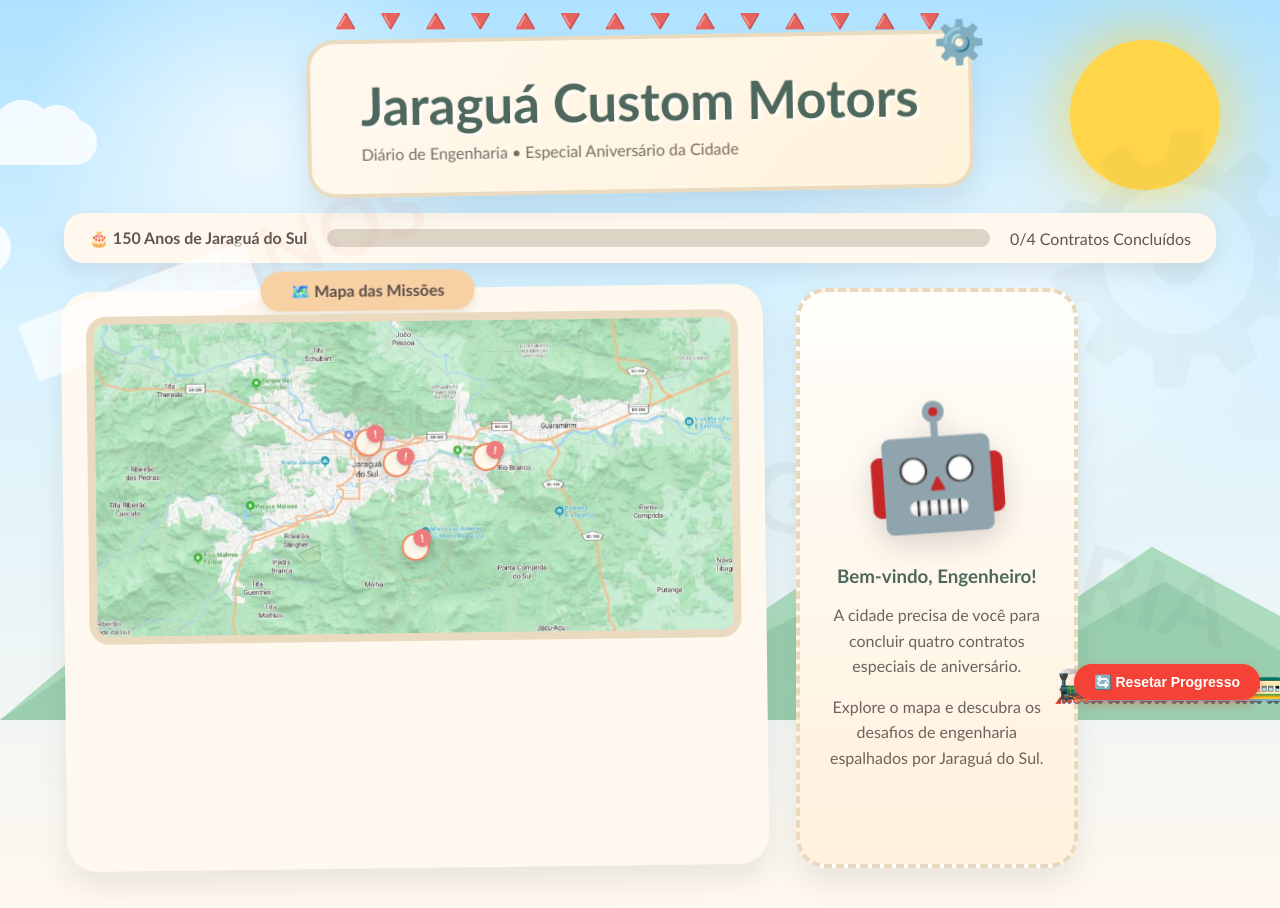
Repository: ArtMainardi/projetoFisica
Page: index.html
The author's editor kept a copy of each file at every save. The page is drawn from the files as they stood at one save, then again after the next save.
The browser window is 1280 px wide. The pictures show the whole page.

Above is the page before, as saved 2026-07-09 23:23:00.

### index.html
<!DOCTYPE html>
<html lang="pt-BR">
    <head>
        <script src="var/GitHubConfig.js"></script>
        <meta charset="UTF-8">
        <meta name="viewport" content="width=device-width, initial-scale=1.0">
        <title>Jaraguá Custom Motors - Painel Inicial</title>

        <link rel="stylesheet" href="css/main.css">
        <link rel="stylesheet" href="css/background.css">
        <link rel="stylesheet" href="css/header.css">
        <link rel="stylesheet" href="css/map.css">
        <link rel="stylesheet" href="css/pins.css">
        <link rel="stylesheet" href="css/sidebar.css">
        <link rel="stylesheet" href="css/responsive.css">
    </head>
    <body>

        <div class="sun"></div>

        <div class="cloud cloud-1"></div>
        <div class="cloud cloud-2"></div>
        <div class="cloud cloud-3"></div>

        <div class="stamp-jaragua">150 ANOS</div>

        <div class="stamp-engineering">ENGENHARIA</div>

        <div class="background-mountains">
            <svg viewBox="0 0 1000 300" preserveAspectRatio="none">
                <path fill="#92d0a7" d="M0 300L120 150L250 240L390 90L520 250L650 120L780 220L900 100L1000 180V300Z"/>
                <path fill="#76be90" d="M0 300L100 200L230 270L350 120L500 270L650 160L780 250L910 140L1000 220V300Z"/>
            </svg>
        </div>

        <div class="flags">🔺🔻🔺🔻🔺🔻🔺🔻🔺🔻🔺🔻🔺🔻</div>

        <div class="train">🚂-🚃-🚃-🚃-🚃-🚃-🚃-🚃-🚃-🚃-🚃-🚃</div>

        <header class="main-header">
            <div class="header-card">
                <h1>Jaraguá Custom Motors</h1>
                <p>Diário de Engenharia • Especial Aniversário da Cidade</p>
            </div>
        </header>

        <div class="city-banner">
            <div class="banner-left">🎂 150 Anos de Jaraguá do Sul</div>
            <div class="banner-progress">
                <div class="progress-fill"></div>
            </div>
            <div class="banner-right">0/4 Contratos Concluídos</div>
        </div>

        <main class="map-dashboard">
            <section class="map-frame">
                <div class="map-label">🗺️ Mapa das Missões</div>
                <section class="map-container">
                    <img src="mapaJaragua.jpg" alt="Mapa de Jaraguá do Sul" class="map-image">
                    <button class="map-pin pin-chiesetta" data-missao-id="1" onclick="selecionarMissao(1)">⛪</button>
                    <button class="map-pin pin-viaverde" data-missao-id="2" onclick="selecionarMissao(2)">🌳</button>
                    <button class="map-pin pin-scar" data-missao-id="3" onclick="selecionarMissao(3)">🎭</button>
                    <button class="map-pin pin-rodoviaria" data-missao-id="4" onclick="selecionarMissao(4)">🚌</button>
                </section>
            </section>

            <aside class="info-sidebar" id="sidebar-missao">
                <div id="conteudo-vazio">
                    <div class="robot-helper">🤖</div>
                    <h3>Bem-vindo, Engenheiro!</h3>
                    <p>
                        A cidade precisa de você para concluir
                        quatro contratos especiais de aniversário.
                    </p>
                    <p style="margin-top:15px;">
                        Explore o mapa e descubra os desafios
                        de engenharia espalhados por Jaraguá do Sul.
                    </p>
                </div>

                <div id="conteudo-missao" style="display:none;">
                    <h3 id="sidebar-titulo">Nome da Missão</h3>
                    <img id="sidebar-imagem" src="" alt="Local da missão">
                    <p id="sidebar-desafio" class="tag-physics">Desafio:</p>
                    <p id="sidebar-descricao">Descrição do problema...</p>
                    <a href="#" id="sidebar-botao" class="btn-contract">Iniciar Simulação</a>
                </div>
            </aside>

            <div class="reset-container">
                <button id="reset-progress-btn" class="btn-reset">🔄 Resetar Progresso</button>
            </div>
        </main>

        <script src="missao/progresso.js"></script>
        <script src="index-script.js"></script>
    </body>
</html>

### css/main.css
*{
    margin:0;
    padding:0;
    box-sizing:border-box;
}

body{
    min-height:100vh;
    font-family:'Trebuchet MS',sans-serif;
    background:
        linear-gradient(
        to bottom,
        #aee2ff 0%,
        #d8f2ff 35%,
        #fff8ee 100%
        );
    overflow-x:hidden;
    position:relative;
}


.reset-container {
    position: fixed;
    bottom: 20px;
    right: 20px;
    z-index: 999;
}

.btn-reset {
    background: #f44336;
    color: white;
    border: none;
    padding: 10px 20px;
    border-radius: 30px;
    font-weight: bold;
    font-size: 14px;
    cursor: pointer;
    box-shadow: 0 4px 10px rgba(244, 67, 54, 0.4);
    transition: all 0.3s ease;
}

.btn-reset:hover {
    transform: scale(1.05);
    background: #d32f2f;
    box-shadow: 0 6px 15px rgba(244, 67, 54, 0.6);
}

.btn-reset:active {
    transform: scale(0.95);
}

### css/header.css
.main-header{
    display:flex;
    justify-content:center;
    padding:35px 20px 20px;
}

.header-card{
    background:
        linear-gradient(
        135deg,
        #fff8ee,
        #fff3db
        );
    padding:30px 50px;
    border-radius:28px;
    transform:rotate(-1deg);
    box-shadow:0 15px 30px rgba(0,0,0,.08);
    border:4px solid #eadbc0;
    position:relative;
}

.header-card::before{
    content:"⚙️";
    position:absolute;
    right:-18px;
    top:-18px;
    font-size:42px;
}

.header-card h1{
    color:#4f685d;
    font-size:3.3rem;
    text-shadow:
    3px 3px 0 rgba(255,255,255,.7);
}

.header-card p{
    color:#776c62;
    margin-top:8px;
}

.city-banner{
    width:90%;
    max-width:1400px;
    margin:0 auto 25px;
    background:#fff8ee;
    border-radius:20px;
    padding:15px 25px;
    display:flex;
    align-items:center;
    gap:20px;
    box-shadow:0 10px 25px rgba(0,0,0,.08);
}

.banner-left{
    font-weight:bold;
    color:#5f564f;
}

.banner-progress{
    flex:1;
    height:18px;
    background:#ddd4c6;
    border-radius:999px;
    overflow:hidden;
}

.progress-fill{
    width:25%;
    height:100%;
    background:
    linear-gradient(
        90deg,
        #9dd8b6,
        #ffd54a,
        #ff9b85
    );
}

.banner-right{
    color:#5f564f;
}

### css/map.css
.map-dashboard{
    width:90%;
    max-width:1500px;
    margin:auto;
    display:grid;
    grid-template-columns:2fr 420px;
    gap:30px;
    padding-bottom:40px;
}

.map-frame{
    background:#fff8ee;
    padding:25px;
    border-radius:30px;
    box-shadow:0 15px 30px rgba(0,0,0,.08);
    position:relative;
    transform:rotate(-0.7deg);
    min-height: 580px;
}

.map-frame:hover{
    transform:
    rotate(-0.7deg)
    scale(1.01);
}

.map-frame::before{
    content:"";
    width:240px;
    height:60px;
    background:rgba(255,255,255,.65);
    position:absolute;
    top:-10px;
    left:-40px;
    transform:rotate(-20deg);
}

.map-label{
    position:absolute;
    top:-18px;
    left:200px;
    background:#f7d0a4;
    color:#5b5047;
    padding:10px 30px;
    border-radius:999px;
    font-weight:bold;
    box-shadow:0 5px 10px rgba(0,0,0,.08);
}

.map-container{
    position:relative;
}

.map-image{
    width:100%;
    display:block;
    border-radius:20px;
    border:8px solid #eadbc0;
    transition:.4s;
}

.map-image:hover{
    filter:
    saturate(1.15)
    brightness(1.05);
}

### css/pins.css
/* ===== PINs DO MAPA ===== */
.map-pin {
    position: absolute;
    width: 28px;
    height: 28px;
    border: none;
    border-radius: 50%;
    background: #fff7ea;
    border: 2px solid #f08a5d;
    cursor: pointer;
    display: flex;
    align-items: center;
    justify-content: center;
    color: transparent;          /* esconde o texto do botão */
    font-size: 0;                /* esconde o texto do botão */
    z-index: 10;
    overflow: visible;
    transition: all .3s ease;
    box-shadow: 0 4px 10px rgba(0,0,0,.12);
}

/* Pulse animation */
.map-pin::before {
    content: "";
    position: absolute;
    inset: -8px;
    border-radius: 50%;
    border: 2px solid rgba(240,138,93,.45);
    animation: pulse 2s infinite;
}

/* Badge de "!" por padrão */
.map-pin::after {
    content: "!";
    position: absolute;
    width: 18px;
    height: 18px;
    top: -5px;
    right: -5px;
    background: #ee7c7c;
    color: white;
    border-radius: 50%;
    font-size: 11px;
    font-weight: bold;
    display: flex;
    align-items: center;
    justify-content: center;
    box-shadow: 0 2px 5px rgba(0,0,0,.15);
}

/* Hover */
.map-pin:hover {
    width: 58px;
    height: 58px;
    margin-left: -15px;
    margin-top: -15px;
    background: #f08a5d;
    color: white;
    font-size: 28px;
    transform: scale(1.1) rotate(0deg);
    box-shadow: 0 10px 20px rgba(0,0,0,.18);
}

.map-pin:hover::before {
    animation: none;
}

/* ===== ESTADO CONCLUÍDO ===== */
.map-pin.concluida {
    background: #4caf50 !important;
    border-color: #2e7d32 !important;
    box-shadow: 0 0 15px rgba(76, 175, 80, 0.6);
}

/* Substitui o "!" por "✅" e muda a cor do badge */
.map-pin.concluida::after {
    content: "✅";
    background: #2e7d32;          /* verde escuro */
    font-size: 14px;              /* um pouco maior */
    line-height: 1;
    box-shadow: 0 2px 8px rgba(46, 125, 50, 0.4);
}

/* Remove o pulse quando concluído */
.map-pin.concluida::before {
    animation: none;
    border-color: rgba(76, 175, 80, 0.3);
}

/* ===== POSIÇÕES DOS PINS ===== */
.pin-chiesetta {
    top: 67%;
    left: 48%;
    transform: rotate(-8deg);
}

.pin-viaverde {
    top: 40%;
    left: 59%;
    transform: rotate(6deg);
}

.pin-scar {
    top: 35%;
    left: 41%;
    transform: rotate(-5deg);
}

.pin-rodoviaria {
    top: 41.5%;
    left: 45.3%;
    transform: rotate(9deg);
}

/* ===== KEYFRAMES ===== */
@keyframes pulse {
    0% {
        transform: scale(1);
        opacity: 1;
    }
    100% {
        transform: scale(2);
        opacity: 0;
    }
}

### css/sidebar.css
.info-sidebar{
    width: 22vw;
    background:
        linear-gradient(
        180deg,
        #fffefb,
        #fff1dd
        );
    border-radius:30px;
    padding:25px;
    box-shadow:0 15px 30px rgba(0,0,0,.08);
    border:4px dashed #e8d8bd;
    position:relative;
}

.info-sidebar.missao-ativa::before{
    content:"MISSÃO";
    position:absolute;
    top:-10px;
    right:-20px;
    color:#d46b6b;
    border:3px solid #d46b6b;
    padding:5px 15px;
    transform:rotate(12deg);
    font-size:clamp(20px,1.4vw,500px);
    font-weight:bold;
}

#conteudo-vazio{
    text-align:center;
    padding-top:80px;
}

.robot-helper{
    font-size:120px;
    margin-bottom:20px;
    filter:
    drop-shadow(
        0 10px 15px rgba(0,0,0,.15)
    );
    animation:
    floatRobot 3s infinite ease-in-out,
    robotRotate 5s infinite ease-in-out;
}

#conteudo-vazio h3{
    color:#4f685d;
    margin-bottom:15px;
}

#conteudo-vazio p{
    color:#6d635c;
    line-height:1.6;
}

#sidebar-titulo{
    color:#4f685d;
    margin-bottom:15px;
}

#sidebar-imagem{
    width:85%;
    border-radius:20px;
    border:6px solid #eadbc0;
    margin-bottom:15px;
}

.tag-physics{
    display:inline-block;
    padding:10px 16px;
    background:#d7f0df;
    color:#3e6b4d;
    border-radius:999px;
    font-weight:bold;
    margin-bottom:15px;
}

#sidebar-descricao{
    line-height:1.7;
    color:#5f564f;
}

.btn-contract{
    display:block;
    margin-top:25px;
    text-align:center;
    text-decoration:none;
    padding:16px;
    border-radius:18px;
    background:#f7d0a4;
    color:#5b5047;
    font-weight:bold;
    transition:.3s;
}

.btn-contract:hover{
    transform:scale(1.04);
    background:#f1c089;
}

@keyframes floatRobot{
    0%{transform:translateY(0);}
    50%{transform:translateY(-10px);}
    100%{transform:translateY(0);}
}

@keyframes robotRotate{
    0%{
        rotate:-4deg;
    }

    50%{
        rotate:4deg;
    }

    100%{
        rotate:-4deg;
    }
}


#sidebar-status {
    margin: 10px 0;
}
.badge-concluida {
    background: #4caf50;
    color: white;
    padding: 6px 14px;
    border-radius: 20px;
    font-weight: bold;
    font-size: 14px;
    display: inline-block;
}
.badge-pendente {
    background: #ff9800;
    color: white;
    padding: 6px 14px;
    border-radius: 20px;
    font-weight: bold;
    font-size: 14px;
    display: inline-block;
}

### css/responsive.css
@media(max-width:1100px){
    .map-dashboard{
        grid-template-columns:1fr;
    }
}

@media(max-width:768px){
    .header-card h1{
        font-size:2rem;
    }

    .city-banner{
        flex-direction:column;
    }

    .map-pin{
        width:50px;
        height:50px;
        font-size:24px;
    }
}

### index-script.js
const dadosMissoes = {
    1: {
        nome: "Contrato #01: Chiesetta Alpina",
        desafio: "Desafio: Energia Potencial e Torque",
        descricao: "Projete um motor capaz de bombear água potável até o topo do Morro da Antena, vencendo a gravidade e a altitude elevada.",
        imagem: "imagens/chiesetta.jpg",
        link: "/projetoFisica/missao/missao.html?id=1"
    },
    2: {
        nome: "Contrato #02: Parque Via Verde",
        desafio: "Desafio: Lei de Joule e Corrente",
        descricao: "Dimensionar o motor para os compressores das fontes de água. O sistema deve rodar por longos períodos sem superaquecer.",
        imagem: "imagens/via-verde.jpg",
        link: "/projetoFisica/missao/missao.html?id=2"
    },
    3: {
        nome: "Contrato #03: Centro Cultural SCAR",
        desafio: "Desafio: Rotação e Ressonância",
        descricao: "Ajuste o motor do sistema de exaustão e climatização do grande teatro para o concerto comemorativo da cidade, evitando ruídos por vibração.",
        imagem: "imagens/scar.jpg",
        link: "/projetoFisica/missao/missao.html?id=3"
    },
    4: {
        nome: "Contrato #04: Terminal Rodoviário",
        desafio: "Desafio: Inércia e Torque de Partida",
        descricao: "Projete o motor para as novas cancelas e portões de fluxo contínuo de ônibus. O motor precisa vencer a inércia rapidamente.",
        imagem: "imagens/rodoviaria.jpg",
        link: "/projetoFisica/missao/missao.html?id=4"
    }
};

function selecionarMissao(id) {
    const missao = dadosMissoes[id];

    // Esconde a mensagem de "vazio" e mostra o bloco de conteúdo
    document.getElementById("conteudo-vazio").style.display = "none";
    document.getElementById("conteudo-missao").style.display = "block";

    // Injeta as informações da missão clicada na barra lateral
    document.getElementById("sidebar-titulo").innerText = missao.nome;
    document.getElementById("sidebar-desafio").innerText = missao.desafio;
    document.getElementById("sidebar-descricao").innerText = missao.descricao;
    document.getElementById("sidebar-imagem").src = missao.imagem;
    document.getElementById("sidebar-botao").href = missao.link;

    document.getElementById("sidebar-missao").classList.add("missao-ativa");
}

function atualizarProgresso() {
    const concluidas = getMissoesConcluidas().length;
    const total = TOTAL_MISSOES;

    document.querySelector('.banner-right').textContent = `${concluidas}/${total} Contratos Concluídos`;

    const progressFill = document.querySelector('.progress-fill');
    const percent = Math.min((concluidas / total) * 100, 100);
    progressFill.style.width = `${percent}%`;
    progressFill.style.background = concluidas === total ? '#4caf50' : '#76be90';
}

// Executa ao carregar a página
window.addEventListener('load', function() {
    atualizarProgresso();
    atualizarPins();
    // Se houver missão selecionada via URL, carrega a sidebar também
    const params = new URLSearchParams(window.location.search);
    const id = Number(params.get('missao'));
    if (id && dadosMissoes[id]) {
        selecionarMissao(id);
    }
});


function atualizarPins() {
    document.querySelectorAll('.map-pin').forEach(pin => {
        const id = parseInt(pin.dataset.missaoId);
        if (id && isMissaoConcluida(id)) {
            pin.classList.add('concluida');
        } else {
            pin.classList.remove('concluida');
        }
    });
}


function selecionarMissao(id) {
    const missao = dadosMissoes[id];
    if (!missao) return;

    const sidebar = document.getElementById('conteudo-missao');
    const vazio = document.getElementById('conteudo-vazio');
    vazio.style.display = 'none';
    sidebar.style.display = 'block';

    document.getElementById('sidebar-titulo').textContent = missao.nome;
    document.getElementById('sidebar-imagem').src = missao.imagem;
    document.getElementById('sidebar-imagem').alt = missao.nome;
    document.getElementById('sidebar-desafio').textContent = `Desafio: ${missao.desafio}`;
    document.getElementById('sidebar-descricao').textContent = missao.descricao;

    const botao = document.getElementById('sidebar-botao');
    botao.href = `/projetoFisica/missao/missao.html?id=${id}`;

    // Verifica se já foi concluída
    const concluida = isMissaoConcluida(id);
    const statusDiv = document.getElementById('sidebar-status') || document.createElement('div');
    statusDiv.id = 'sidebar-status';
    if (concluida) {
        statusDiv.innerHTML = '<span class="badge-concluida">✅ CONCLUÍDO</span>';
        botao.textContent = '🔁 Revisitar Missão';
        botao.style.background = '#4caf50';
        botao.style.color = 'white';   // força branco
    } else {
        statusDiv.innerHTML = '<span class="badge-pendente">⏳ Pendente</span>';
        botao.textContent = '🚀 Iniciar Simulação';
        botao.style.background = '#4f685d';
        botao.style.color = 'white';   // força branco
    }
    // Insere o status antes do botão (se não existir, cria)
    const container = document.getElementById('conteudo-missao');
    if (!document.getElementById('sidebar-status')) {
        container.insertBefore(statusDiv, botao);
    } else {
        document.getElementById('sidebar-status').replaceWith(statusDiv);
    }

    // Atualiza também os pins (em caso de mudança)
    atualizarPins();
    atualizarProgresso();
}

document.getElementById('reset-progress-btn').addEventListener('click', function() {
    if (confirm('Tem certeza que deseja resetar todo o progresso das missões?')) {
        resetarProgresso();           // limpa o localStorage
        atualizarProgresso();         // atualiza banner (0/4)
        atualizarPins();              // remove classe "concluida" dos pins
        // Se a sidebar estiver mostrando alguma missão, recarrega-a
        const id = new URLSearchParams(window.location.search).get('missao');
        if (id) selecionarMissao(Number(id));
        alert('Progresso resetado com sucesso!');
    }
});

Loaded but not shown: missao/progresso.js (26 lines, source omitted); var/GitHubConfig.js (5 lines, source omitted); css/background.css (191 lines, source omitted)

After the next save:
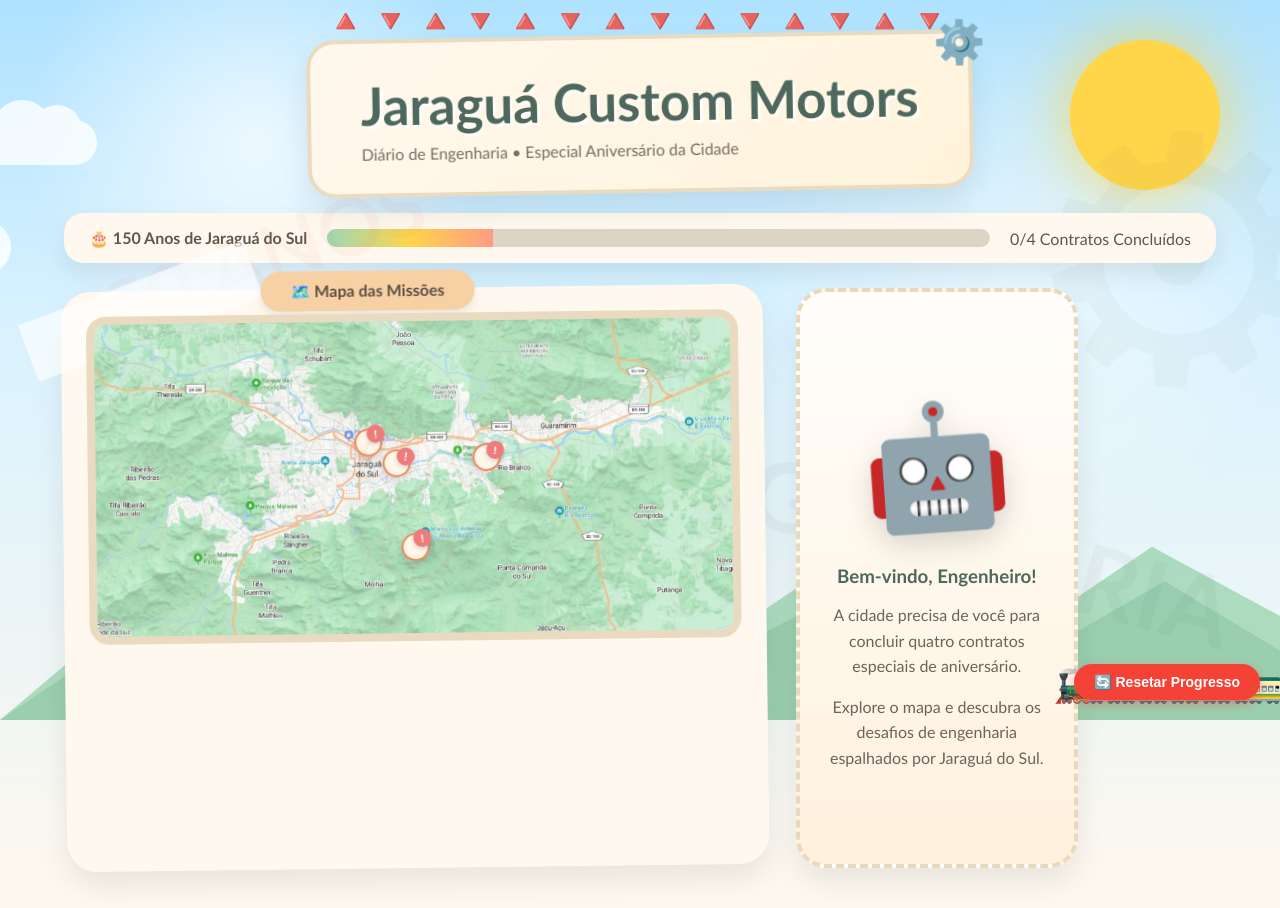
Console error: SyntaxError: Unexpected token ';'
Saved 11 s later.
--- a/index-script.js
+++ b/index-script.js
@@ -99,7 +99,7 @@
     document.getElementById('sidebar-descricao').textContent = missao.descricao;
 
     const botao = document.getElementById('sidebar-botao');
-    botao.href = `/projetoFisica/missao/missao.html?id=${id}`;
+    botao.href = ;
 
     // Verifica se já foi concluída
     const concluida = isMissaoConcluida(id);

After the save that followed:
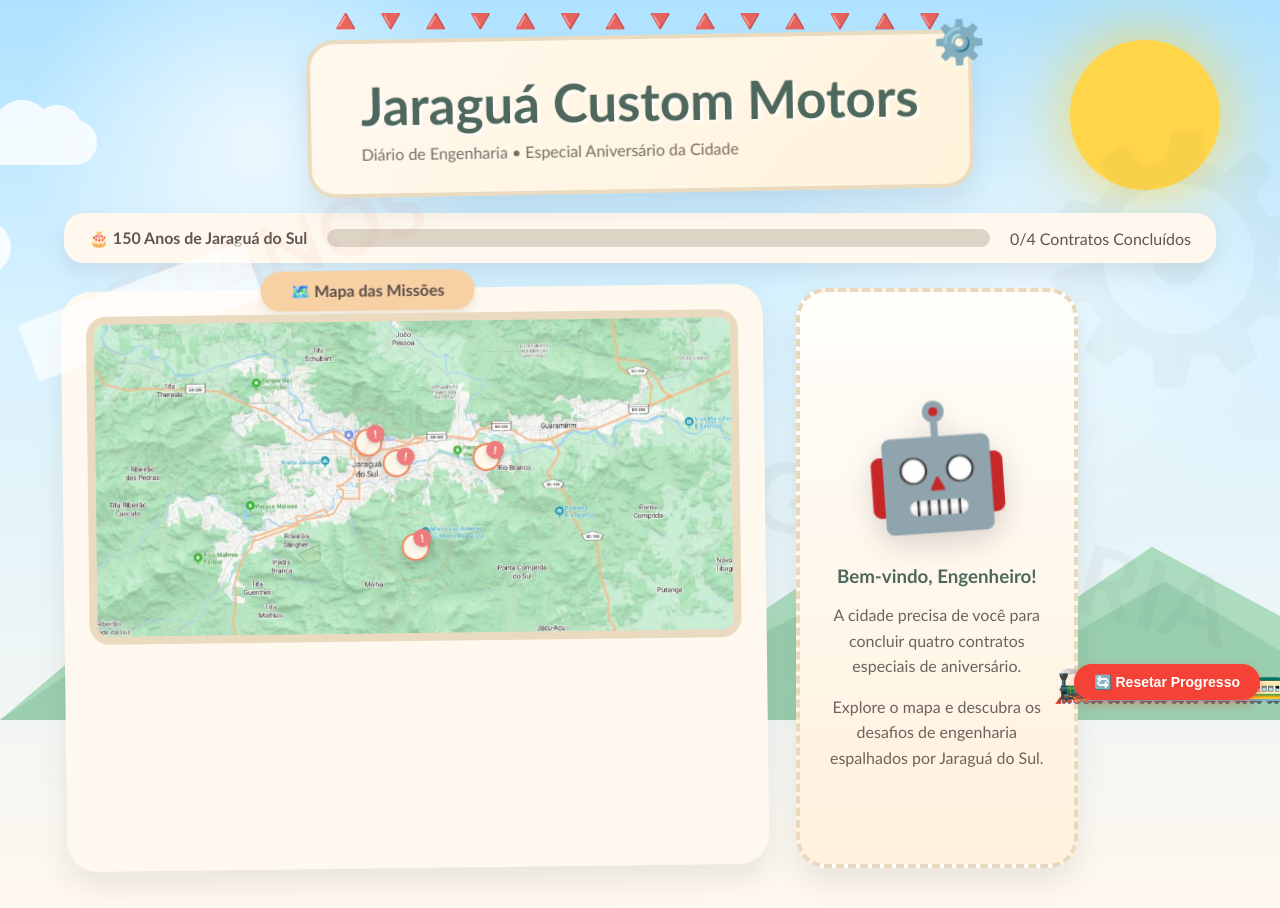
The error is gone.
Saved 11 s later.
--- a/index-script.js
+++ b/index-script.js
@@ -99,7 +99,7 @@
     document.getElementById('sidebar-descricao').textContent = missao.descricao;
 
     const botao = document.getElementById('sidebar-botao');
-    botao.href = ;
+    botao.href = missao.link;
 
     // Verifica se já foi concluída
     const concluida = isMissaoConcluida(id);
